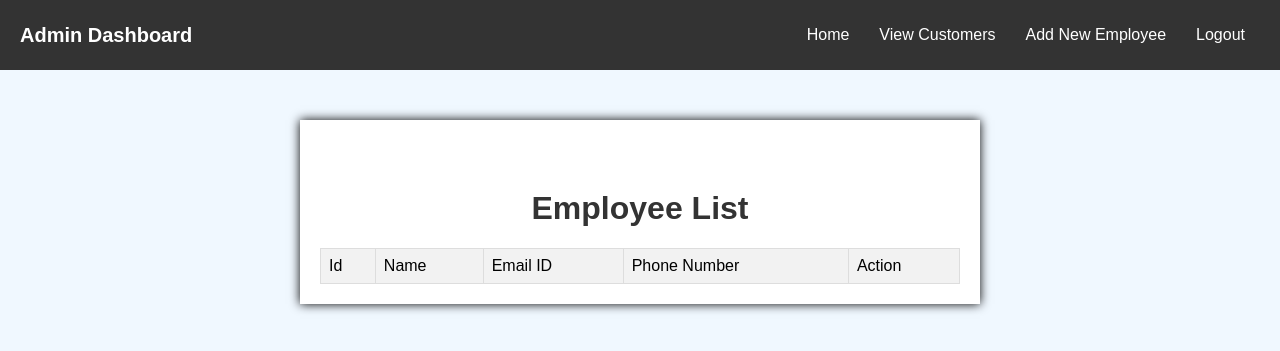
Repository: brijeshparmar2054/javaproject
Page: http://localhost/admin/viewcustomer
An editor plug-in stored every save of this project. The page is shown before and after the next save, followed by the edit.
The browser window is 1280 px wide. The pictures show the whole page.
The page is this project's Thymeleaf template; nobody is signed in. The template is opened directly, without the code that normally fills it, so the values that code supplies are empty.

Above is the page before, as saved 2024-06-22 06:01:45.

After the next save:
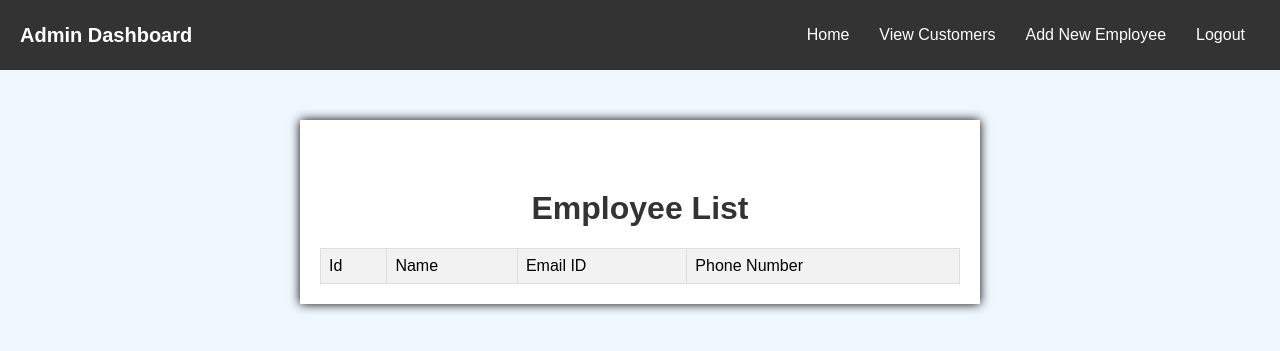
Saved 20 s later.
--- a/cma/web-project/src/main/resources/templates/admin/viewcustomer.html
+++ b/cma/web-project/src/main/resources/templates/admin/viewcustomer.html
@@ -30,7 +30,6 @@
 	    			<td>Name</td>
 	    			<td>Email ID</td>
 	    			<td>Phone Number</td>
-	    			<td>Action</td>
 	    		</tr>
     		</thead>
     		<tbody>
